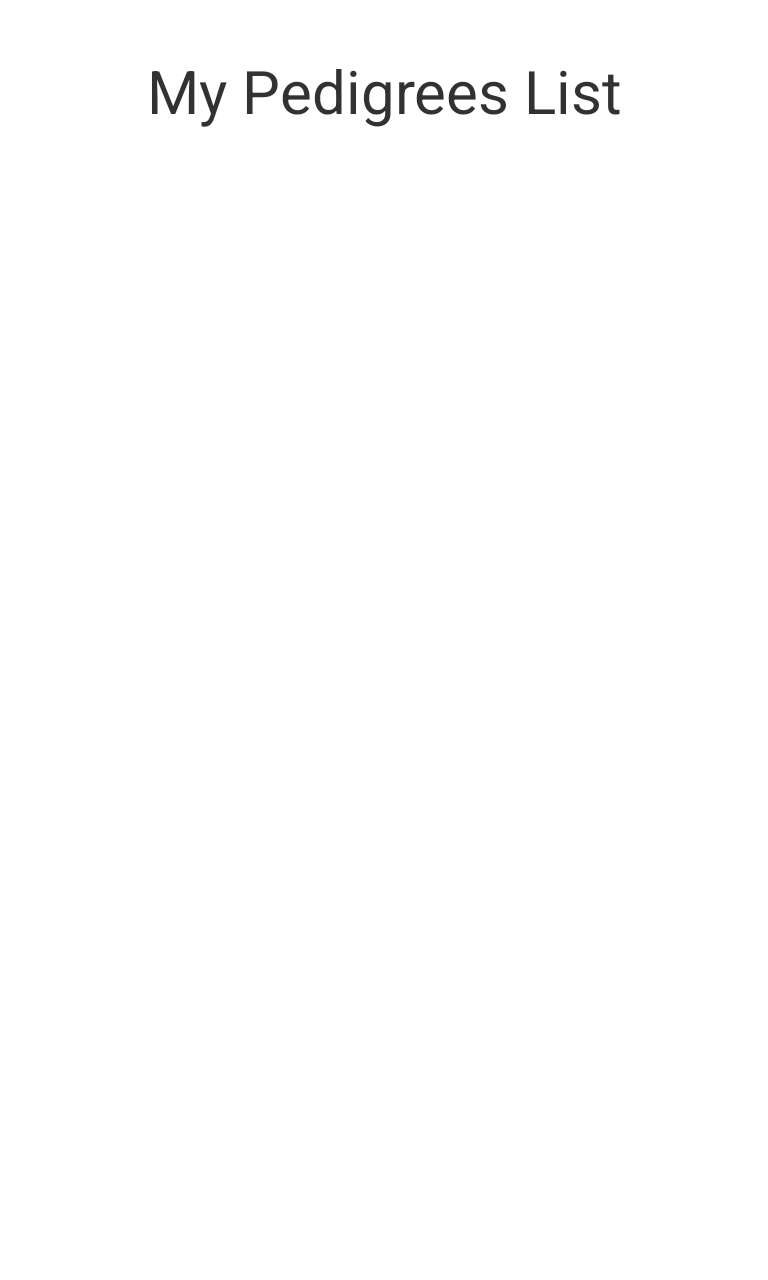
Repository: ivanbuhov/FamilyAndroidClient
Layout: Family/res/layout/activity_pedigree.xml
The author's editor kept a copy of each file at every save. The layout is drawn from the files as they stood at one save, then again after a run of saves.
It is drawn on a 768 x 1280 px phone screen (xhdpi) without system bars, with theme AppTheme; the app's code is not run. Lists and similar views that code fills are empty.

Above is the layout before, as saved 2013-11-19 12:27:24.

### Family/res/layout/activity_pedigree.xml
<LinearLayout xmlns:android="http://schemas.android.com/apk/res/android"
    xmlns:tools="http://schemas.android.com/tools"
    android:id="@+id/container"
    android:layout_width="match_parent"
    android:layout_height="match_parent"
    android:orientation="vertical"
    tools:context=".PedigreeActivity"
    tools:ignore="MergeRootFrame" >

    <!-- Progress bar for the activity -->
    <ProgressBar
        	android:id="@+id/progress_pedigree"
            android:layout_width="match_parent"
            android:layout_height="wrap_content"
            android:indeterminateOnly="true"
            android:layout_margin="10dp"
            android:focusable="true"
            style="?android:attr/progressBarStyleHorizontal"
            android:visibility="gone" />

    <TextView
        android:layout_width="match_parent"
		android:layout_height="wrap_content"
		android:textSize="30sp"
		android:gravity="center_horizontal"
		android:layout_marginTop="25dp"
		android:text="@string/my_pedigrees_list_title" />

    <!-- People list view -->
    <ListView android:id="@+id/people_list"
              android:layout_height="wrap_content"
              android:layout_width="match_parent"
              android:layout_marginTop="70dp"
              android:layout_marginBottom="30dp"
              android:paddingLeft="10dp"
              android:paddingRight="10dp" />


    <FrameLayout
        android:id="@+id/pedigree_tree"
        android:layout_width="match_parent"
        android:layout_height="match_parent"
        android:visibility="gone" />


</LinearLayout>

### Family/res/values/strings.xml
<?xml version="1.0" encoding="utf-8"?>
<resources>

    <!-- Common strings -->
    <string name="yes">Yes</string>
    <string name="no">No</string>
    <string name="cancel">Cancel</string>
    <string name="update">Update</string>
    <string name="add">Add</string>
    <string name="refresh">Refresh</string>
    <string name="save">Save</string>
    <string name="data_saved">Data saved</string>

    <!-- Titles and names -->
    <string name="app_name">Family</string>
    <string name="title_activity_settings">Settings</string>
    <string name="title_activity_my_pedigrees">My Pedigrees</string>
    <string name="title_activity_register">Register</string>

    <!-- Menu items -->
    <string name="menu_item_settings">Settings</string>
    <string name="menu_item_login">Login/Register</string>
    <string name="menu_item_my_pedigrees">My Pedigrees</string>
    <string name="menu_item_add_pedigree">Add Pedigree</string>

    <!-- Preferences -->
    <!-- Preferences Header -->
    <string name="pref_header_title_account">Account</string>
    <string name="pref_header_title_others">Others</string>

    <!-- Preferences Titles -->
    <string name="pref_key_online_mode">online_mode</string>
    <string name="pref_title_online_mode">Online mode</string>
    <string name="pref_key_update_if_not_updated_more_than">update_frequency</string>
    <string name="pref_title_update_if_not_updated_more_than">Update if not updated more than:</string>
    <string name="pref_summary_update_if_not_updated_more_than">If you try to read data and it has been updated
    	    before less than the specified amount of time, the data will be updated again.</string>

    <!-- Alerts -->
    <string name="alert_title_registration_failed">Registration failed</string>
    <string name="alert_title_login_failed">Login failed</string>
    <string name="alert_title_loading_data_failed">Loading data failed</string>
    <string name="alert_title_deletion_failed">Failed to remove the item</string>
    <string name="alert_title_update_failed">Failed to update the item</string>
    <string name="alert_title_addition_failed">Failed to add the item</string>

    <!-- Login Activity -->
    <string name="prompt_username">Username</string>
    <string name="prompt_password">Password</string>
    <string name="register_button_text"><b>Register</b></string>
    <string name="login_button_text"><b>Login</b></string>
    <string name="action_login">Login</string>
    <string name="progressing_text">Loading&#8230;</string>
    <string name="error_short_username">The username must be no shorter than 5 characters</string>
    <string name="error_long_username">The username must be no longer than 30 characters</string>
    <string name="error_short_password">The password must be no shorter than 5 characters</string>
    <string name="error_long_password">The password must be no longer than 30 characters</string>
    <string name="error_field_required">This field is required</string>

    <!-- My Pedigrees Activity -->
    <string name="hello_world">Hello world!</string>
    <string name="progress_my_pedigrees_text">Loading pedigrees</string>
    <string name="delete_message_pedigree">Are you sure you want to delete this pedigree and all people in it?</string>
    <string name="context_menu_view">View</string>
    <string name="context_menu_edit">Edit</string>
    <string name="context_menu_delete">Delete</string>
    <string name="edit_pedigree_title">Title:</string>
    <string name="add_pedigree_title">Add new pedigree</string>
    <string name="my_pedigrees_list_title">My Pedigrees List</string>

    <!-- Pedigree Activity -->
    <string name="title_activity_pedigree">Pedigree</string>
    <string name="action_settings">Settings</string>
    <string name="anonymous_display_name">Unknown</string>
    <string name="no_people_message">No person selected</string>
    <string name="people_list">People list</string>

    <!-- Edit Person Activity -->
    <string name="title_activity_edit_person">Edit Person</string>

    <string name="label_display_name">Display Name:</string>
    <string name="label_first_name">First Name:</string>
    <string name="label_middle_name">Middle Name:</string>
    <string name="label_last_name">Last Name:</string>
    <string name="label_nickname">Nickname:</string>
    <string name="label_email">Email:</string>
    <string name="label_birth_date">Birth date:</string>
    <string name="label_is_alive">Is alive:</string>
    <string name="label_alive">Alive</string>
    <string name="label_dead">Dead</string>
    <string name="label_gender">Gender:</string>
    <string name="label_male">Male</string>
    <string name="label_female">Female</string>
    <string name="label_address">Address:</string>
    <string name="label_profession">Profession:</string>

    <string name="hint_display_name">The name to be displayed in the application</string>
    <string name="hint_first_name">The first name</string>
    <string name="hint_middle_name">The middle name</string>
    <string name="hint_last_name">The last(family) name</string>
    <string name="hint_nickname">A nickname of the person</string>
    <string name="hint_email">Email address</string>
    <string name="hint_address">The region where the person lives</string>
    <string name="hint_profession">Profession(occupation)</string>

</resources>

Loaded but not shown: Family/res/values/styles.xml (common file); Family/res/values-v11/styles.xml (common file); Family/res/values-v14/styles.xml (common file)

After the next 2 saves:
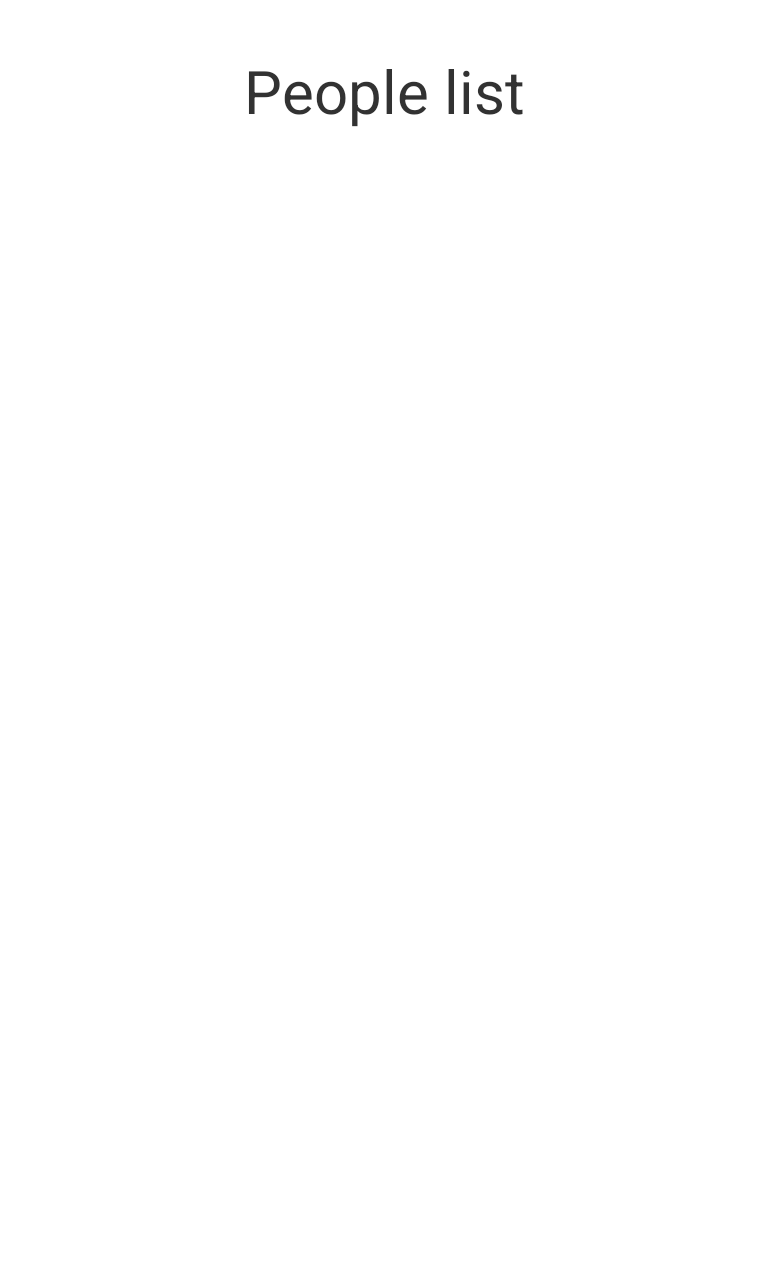
The 2 saves are shown as one change because 1 did not build or start.
The last was saved 108 s later.
--- a/Family/res/layout/activity_pedigree.xml
+++ b/Family/res/layout/activity_pedigree.xml
@@ -24,7 +24,7 @@
 		android:textSize="30sp"
 		android:gravity="center_horizontal"
 		android:layout_marginTop="25dp"
-		android:text="@string/my_pedigrees_list_title" />
+		android:text="@string/people_list" />
 
     <!-- People list view -->
     <ListView android:id="@+id/people_list"
